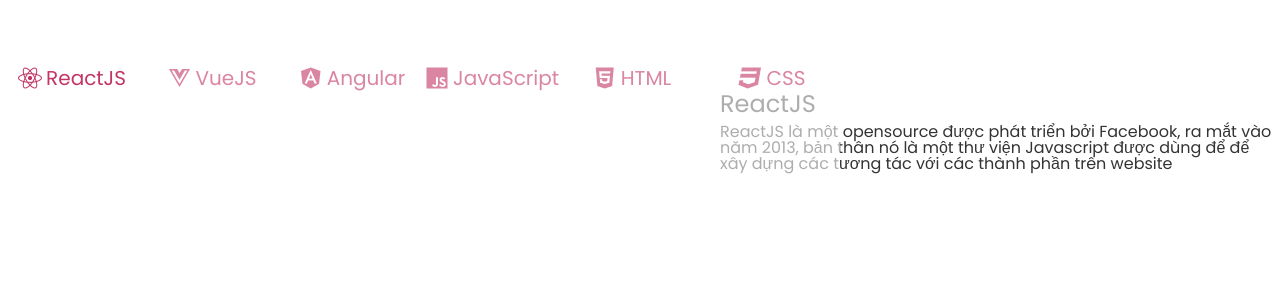
Repository: HoangLong0210/TabsUI
Page: index.html
These files come from the project's save history. The page is drawn as it stood at one moment and after the next save; the edit follows.
The browser window is 1280 px wide. The pictures show the whole page.

Above is the page before, as saved 2022-05-17 14:55:27.

After the next save:
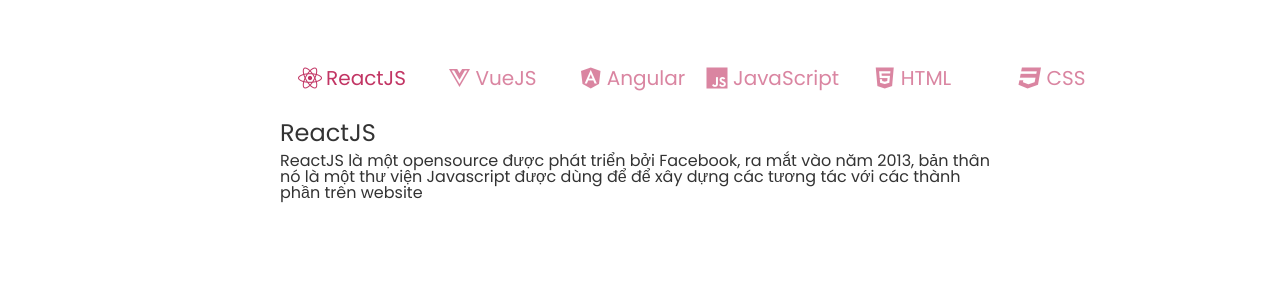
Saved 2 min 2 s later.
--- a/index.html
+++ b/index.html
@@ -15,7 +15,8 @@
     <link rel="stylesheet" href="https://cdnjs.cloudflare.com/ajax/libs/font-awesome/5.15.2/css/all.min.css" integrity="sha512-HK5fgLBL+xu6dm/Ii3z4xhlSUyZgTT9tuc/hSrtw6uzJOvgRr2a9jyxxT1ely+B+xFAmJKVSTbpM/CuL7qxO8w==" crossorigin="anonymous" />
 </head>
 <body>
-    <!-- tabs item -->
+    <div>
+        <!-- tabs item -->
     <div class="tabs">
         <div class="tab__item active">
             <i class="fab fa-react"></i>ReactJS
@@ -66,5 +67,6 @@
             <p>CSS là chữ viết tắt của Cascading Style Sheets, nó là một ngôn ngữ được sử dụng để tìm và định dạng lại các phần tử được tạo ra bởi các ngôn ngữ đánh dấu (HTML)</p>
         </div>
     </div>
+    </div>
 </body>
 </html>
